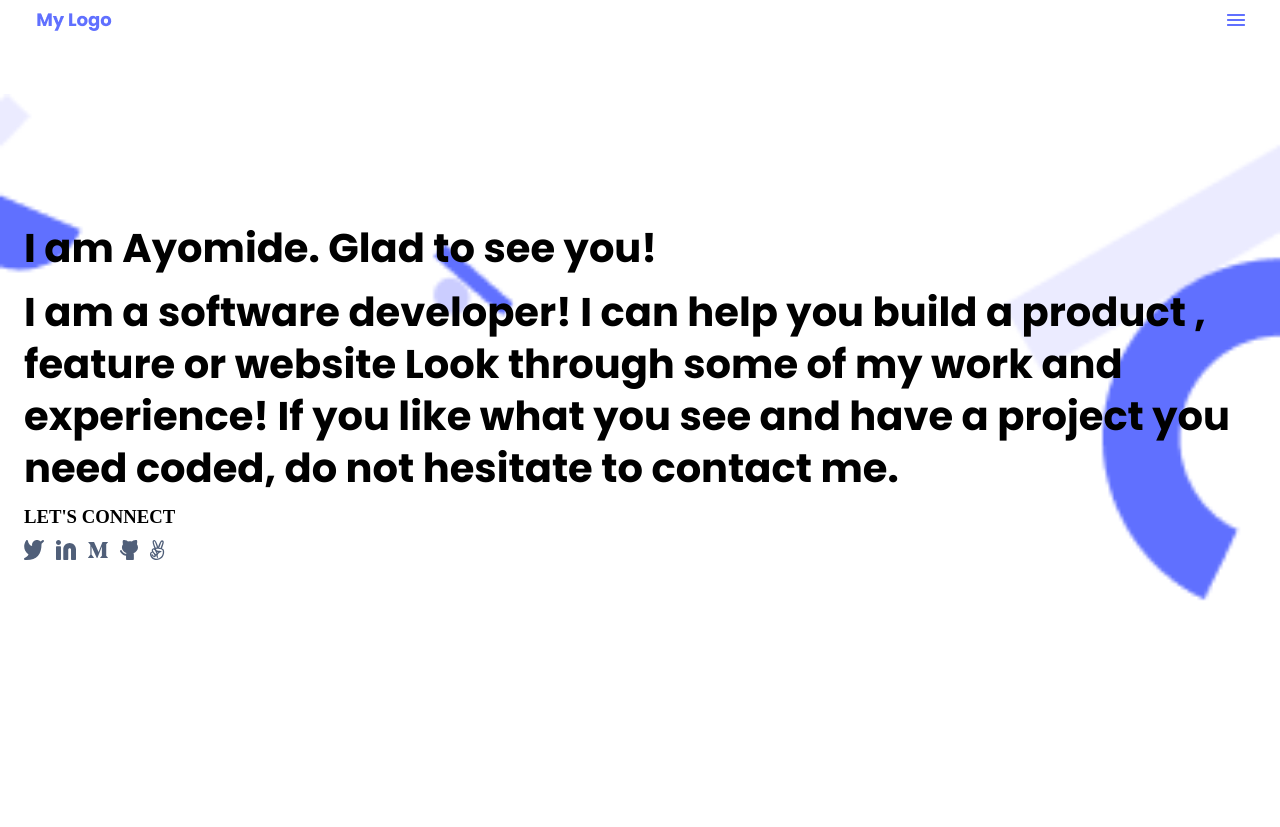
Repository: Paulinelali/potfoilo.github.io
Page: public/index.html
The author's editor kept a copy of each file at every save. The page is drawn from the files as they stood at one save, then again after a run of saves.
The browser window is 1280 px wide. The pictures show the whole page.

Above is the page before, as saved 2023-03-31 00:31:10.

### public/index.html
<!DOCTYPE html>
<html lang="en">
<head>
    <meta charset="UTF-8">
    <meta http-equiv="X-UA-Compatible" content="IE=edge">
    <meta name="viewport" content="width=device-width, initial-scale=1.0">
    <link rel="preconnect" href="https://fonts.googleapis.com">
    <link rel="preconnect" href="https://fonts.gstatic.com" crossorigin>
    <link href="https://fonts.googleapis.com/css2?family=Poppins:wght@400;700&display=swap" rel="stylesheet">
    <link rel="stylesheet" href="../styles/style.css">
    <title>Ayomide S.E.P</title>
</head>
<body>
    <header class="header">
        <nav class="nav pad-aside">
            <a href="#">
                <img src="../assets/Logo Placeholder.png" alt="">
            </a>
            <a href="#"><img src="../assets/Normal Button/Tertiary/Enabled.png" alt=""></a>
        </nav>
        <section class="intro">
            <div class="introc-content pad-aside">
                <h1 class="pad-aside">
                    I am Ayomide.
                Glad to see you!
                </h1>
                <p class="pad-aside">
                    I am a software developer! I can help you build a product , feature or website   Look through some of my work and
                    experience! If you like what you see and have a project you need coded,
                    do not hesitate to contact me.
                </p>
                <h3 class="pad-aside">
                    LET'S CONNECT
                </h3>
                <div class="social-icons pad-aside ">
                    <img src="../assets/social icons/Vector.svg" alt="">
                    <img src="../assets/social icons/Linkedin icon.svg" alt="">
                    <img src="../assets/social icons/Vector (1).svg" alt="">
                    <img src="../assets/social icons/Vector (2).svg" alt="">
                    <img src="../assets/social icons/Vector (3).svg" alt="">
                </div>
            </div>
        </section>
    </header>
</body>
</html>

### styles/style.css
*{
  margin: 0px;
  padding: 0px;
}


@import url('https://fonts.googleapis.com/css2?family=Poppins:wght@400;700&display=swap');

body{
  background-color: #E5E5E5;
}

.pad-aside{
  padding: 0px 24px;
}

.header{
  display: flex;
  flex-direction: column;
  gap: 50px;
  /* padding: 24px; */
  background-color: white;
}
.nav{
  display: flex;
  justify-content: space-between;
}

.introc-content{
  display: flex;
  flex-direction: column;
  gap: 12px;
  padding: 128px 0px;
  background-image: url("../assets/header-shapes\ mobile.png");
  background-size: cover;

}
.introc-content h1{
  font-family: 'Poppins';
  font-style: normal;
  font-weight: 700;
  font-size: 40px;
  line-height: 52px;

}

.introc-content p{
  font-family: 'Poppins';
  font-style: normal;
  font-weight: 700;
  font-size: 40px;
  line-height: 52px;

}

.social-icons{
  display: flex;
  gap: 12px;
  margin-bottom: 139px;
}
.social-icons img{
}

After the next 2 saves:
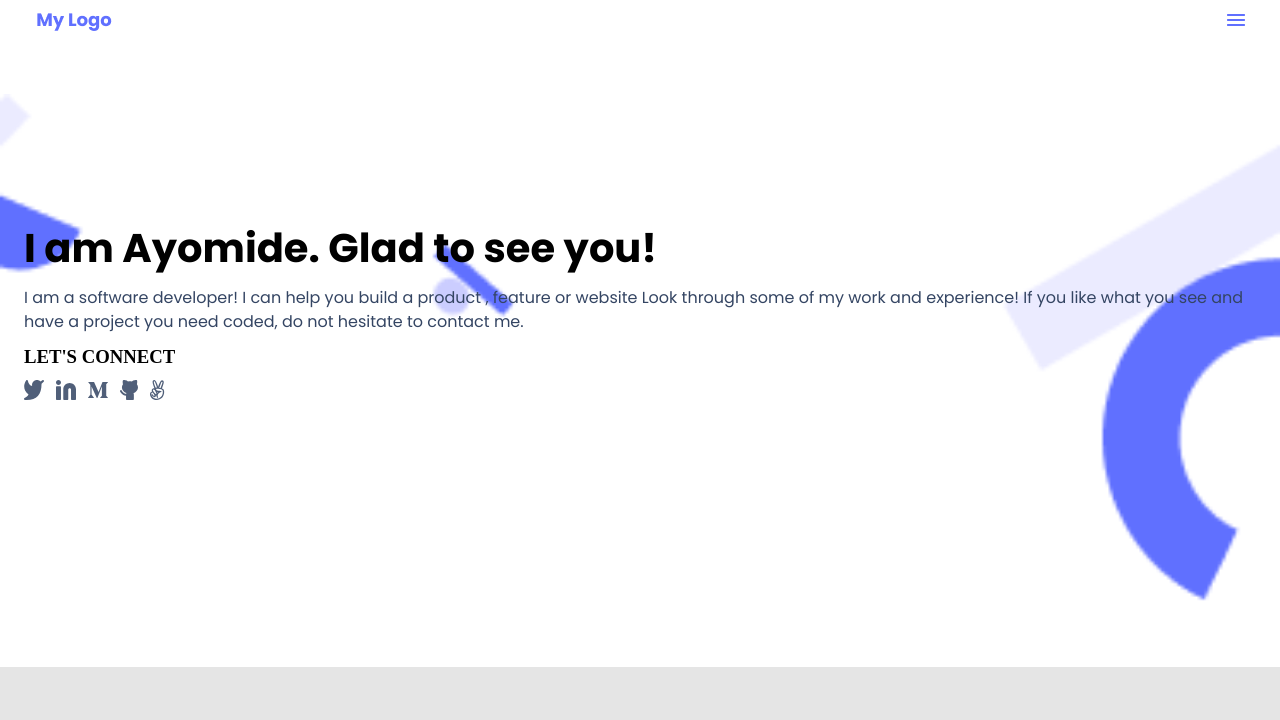
The 2 saves are shown as one change because they came seconds apart.
The last was saved 7 s later.
--- a/styles/style.css
+++ b/styles/style.css
@@ -47,10 +47,15 @@ body{
 .introc-content p{
   font-family: 'Poppins';
   font-style: normal;
-  font-weight: 700;
-  font-size: 40px;
-  line-height: 52px;
+  font-weight: 400;
+  font-size: 16px;
+  line-height: 24px;
+  /* or 150% */
 
+
+  /* Neutrals/N600 */
+
+  color: #344563;
 }
 
 .social-icons{
